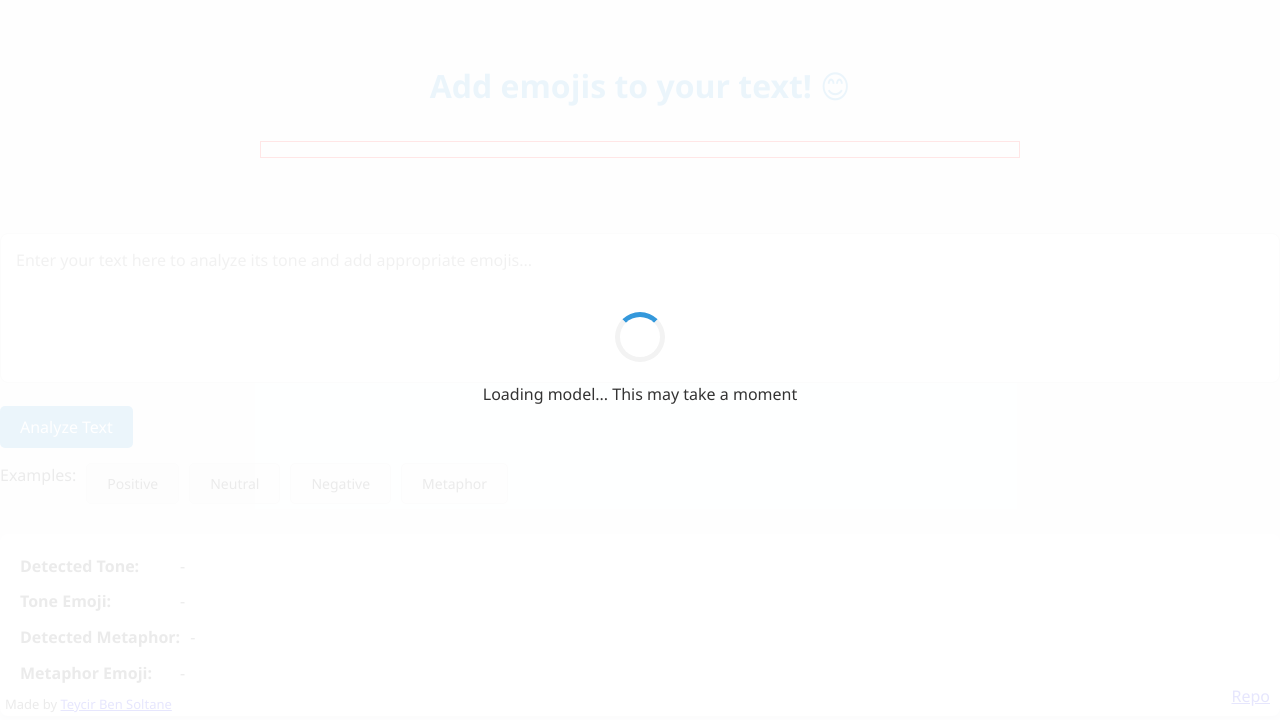
Repository: Teycir/emojiadder
Page: index.html
An editor plug-in stored every save of this project. The page is shown before and after the next save, followed by the edit.
The browser window is 1280 px wide. The pictures show the window.
A layer covers the whole window, so only the first screen is drawn.

Above is the page before, as saved 2025-03-23 11:53:35.

### index.html
<!DOCTYPE html>
<html lang="en">
<head>
    <meta charset="UTF-8">
    <meta name="viewport" content="width=device-width, initial-scale=1.0">
    <title>Text Tone Detector</title>
    <link rel="stylesheet" href="styles.css">
</head>
<body>
    <div class="container">
        <h1>Add emojis to your text! 😊</h1>
        <div style="border: 1px solid red;">
            <h2><We respect privacy your text stays in the browser</h2>
          </div><!-- Added border for visualization -->
            <h2><We respect privacy your text stays in the browser</h2>
          </div>        <div class="input-section">
            <textarea id="text-input" placeholder="Enter your text here to analyze its tone and add appropriate emojis..."></textarea>
            <button id="analyze-btn">Analyze Text</button>
            <div class="examples">
                <p>Examples:</p>
                <button class="example-btn" data-text="I'm so happy with the results! This is amazing.">Positive</button>
                <button class="example-btn" data-text="This is just okay, nothing special.">Neutral</button>
                <button class="example-btn" data-text="I'm really disappointed with this service.">Negative</button>
                <button class="example-btn" data-text="The journey to success is like climbing a mountain.">Metaphor</button>
            </div>
        </div>

        <div class="result-section">
            <div class="result-card">
                <div class="result-item">
                    <div class="label">Detected Tone:</div>
                    <div id="tone-result" class="value">-</div>
                </div>
                <div class="result-item">
                    <div class="label">Tone Emoji:</div>
                    <div id="tone-emoji" class="value">-</div>
                </div>
                <div class="result-item">
                    <div class="label">Detected Metaphor:</div>
                    <div id="metaphor-result" class="value">-</div>
                </div>
                <div class="result-item">
                    <div class="label">Metaphor Emoji:</div>
                    <div id="metaphor-emoji" class="value">-</div>
                </div>
            </div>
            <div class="enhanced-text-card">
                <h2>Enhanced Text</h2>
                <div id="enhanced-text-result">-</div>
            </div>
        </div>

        <div class="loader-container" id="loader">
            <div class="loader"></div>
            <p>Loading model... This may take a moment</p>
        </div>
    </div>

    <!-- Note the type="module" to use ES modules (modules are deferred by default) -->
    <script type="module" src="./script.js"></script>
<div style="position: fixed; bottom: 0; left: 0; font-size: small; margin: 5px;">
  Made by <a href="https://www.teycirbensoltane.tn">Teycir Ben Soltane</a>
</div>
<a href="https://github.com/Teycir/emojiadder" style="position: fixed; bottom: 10px; right: 10px;">Repo</a>
</body>
</html>

### styles.css
* {
    margin: 0;
    padding: 0;
    box-sizing: border-box;
    font-family: 'Segoe UI', Tahoma, Geneva, Verdana, sans-serif;
}

body {
    background-color: #f5f7fa;
    color: #333;
    line-height: 1.6;
}

.container {
    max-width: 800px;
    margin: 40px auto;
    padding: 20px;
}

h1 {
    text-align: center;
    margin-bottom: 30px;
    color: #3498db;
}

h2 {
    color: #2980b9;
    margin-bottom: 15px;
}

.input-section {
    margin-bottom: 30px;
}

textarea {
    width: 100%;
    height: 150px;
    padding: 15px;
    border: 1px solid #ddd;
    border-radius: 8px;
    resize: none;
    font-size: 16px;
    margin-bottom: 15px;
    transition: border 0.3s;
}

textarea:focus {
    outline: none;
    border-color: #3498db;
}

button {
    background-color: #3498db;
    color: white;
    border: none;
    padding: 10px 20px;
    border-radius: 5px;
    cursor: pointer;
    font-size: 16px;
    transition: background-color 0.3s;
}

button:hover {
    background-color: #2980b9;
}

button:disabled {
    background-color: #95a5a6;
    cursor: not-allowed;
}

.result-section {
    display: flex;
    flex-direction: column;
    gap: 20px;
    margin-bottom: 30px;
}

.result-card, .enhanced-text-card {
    background-color: white;
    border-radius: 8px;
    padding: 20px;
    box-shadow: 0 4px 6px rgba(0, 0, 0, 0.1);
}

.result-item {
    margin-bottom: 10px;
    display: flex;
    align-items: center;
}

.label {
    font-weight: bold;
    margin-right: 10px;
    min-width: 150px;
}

#enhanced-text-result {
    padding: 15px;
    background-color: #f9f9f9;
    border-radius: 5px;
    font-size: 18px;
    min-height: 60px;
    line-height: 1.5;
}

.examples-section {
    margin-top: 30px;
}

.examples {
    display: flex;
    flex-wrap: wrap;
    gap: 10px;
    margin-top: 15px;
}

.example-btn {
    background-color: #f0f0f0;
    color: #333;
    border: 1px solid #ddd;
    font-size: 14px;
}

.example-btn:hover {
    background-color: #e0e0e0;
}

/* Tone colors */
.positive {
    color: #27ae60;
}

.neutral {
    color: #f39c12;
}

.negative {
    color: #e74c3c;
}

/* Loader Styles */
.loader-container {
    position: fixed;
    top: 0;
    left: 0;
    width: 100%;
    height: 100%;
    background-color: rgba(255, 255, 255, 0.9);
    display: flex;
    flex-direction: column;
    justify-content: center;
    align-items: center;
    z-index: 1000;
}

.loader {
    border: 5px solid #f3f3f3;
    border-top: 5px solid #3498db;
    border-radius: 50%;
    width: 50px;
    height: 50px;
    animation: spin 1s linear infinite;
    margin-bottom: 20px;
}

@keyframes spin {
    0% { transform: rotate(0deg); }
    100% { transform: rotate(360deg); }
}

/* Responsive design */
@media (max-width: 600px) {
    .container {
        padding: 15px;
        margin: 20px auto;
    }

    .result-item {
        flex-direction: column;
        align-items: flex-start;
    }

    .label {
        margin-bottom: 5px;
    }

    .examples {
        flex-direction: column;
    }
}

### script.js
import TextToneDetector from './TextToneDetector.js';

// DOM event listeners
document.addEventListener('DOMContentLoaded', () => {
  console.log('DOM content loaded, initializing application');

  // DOM elements
  const textInput = document.getElementById('text-input');
  const analyzeBtn = document.getElementById('analyze-btn');
  const toneResult = document.getElementById('tone-result');
  const toneEmoji = document.getElementById('tone-emoji');
  const metaphorResult = document.getElementById('metaphor-result');
  const metaphorEmoji = document.getElementById('metaphor-emoji');
  const enhancedTextResult = document.getElementById('enhanced-text-result');
  const exampleBtns = document.querySelectorAll('.example-btn');
  const loader = document.getElementById('loader');

  // Disable analyze button until model loads
  analyzeBtn.disabled = true;

  // Make sure the loader is visible
  loader.style.display = 'flex';

  // Create detector instance
  console.log('Creating TextToneDetector instance');
  const toneDetector = new TextToneDetector();

  // Add event listener to limit textarea to 400 lines and alert if exceeded
  textInput.addEventListener('input', function() {
    const lines = this.value.split('\n');
    if (lines.length > 400) {
      alert("400 max lines allowed!");
      this.value = lines.slice(0, 400).join('\n');
    }
  });

  // Analyze text function
  async function analyzeText() {
    const text = textInput.value.trim();

    if (!text) {
      alert('Please enter some text to analyze.');
      return;
    }

    // Show loading indicator
    analyzeBtn.disabled = true;
    analyzeBtn.textContent = 'Analyzing...';

    try {
      const result = await toneDetector.analyze(text);

      // Display results
      toneResult.textContent = result.tone.charAt(0).toUpperCase() + result.tone.slice(1);
      toneResult.className = result.tone;

      toneEmoji.textContent = result.toneEmoji || 'None';

      metaphorResult.textContent = result.metaphor
        ? result.metaphor.charAt(0).toUpperCase() + result.metaphor.slice(1)
        : 'None detected';

      metaphorEmoji.textContent = result.metaphorEmoji || 'None';

      enhancedTextResult.textContent = result.enhancedText;
    } catch (error) {
      console.error('Error in analysis:', error);
      enhancedTextResult.textContent = 'An error occurred during analysis. Please try again.';
    } finally {
      // Reset button
      analyzeBtn.disabled = false;
      analyzeBtn.textContent = 'Analyze Text';
    }
  }

  // Event listeners
  analyzeBtn.addEventListener('click', analyzeText);

  textInput.addEventListener('keydown', function(e) {
    if (e.key === 'Enter' && e.ctrlKey) {
      analyzeText();
    }
  });

  // Example buttons
  exampleBtns.forEach(btn => {
    btn.addEventListener('click', function() {
      const exampleText = this.getAttribute('data-text');
      textInput.value = exampleText;
      analyzeText();
    });
  });

  // Initial instructions
  enhancedTextResult.textContent = 'Enter text and click "Analyze Text" to see the enhanced result with emojis.';
});

### TextToneDetector.js
import SentimentModel from './models/SentimentModel.js';
import MetaphorUtils from './utils/MetaphorUtils.js';
import EmojiUtils from './utils/EmojiUtils.js';

/**
 * Main class for text tone detection
 */
class TextToneDetector {
  constructor() {
    console.log('TextToneDetector constructor called');

    // Initialize components
    this.sentimentModel = new SentimentModel();
    this.metaphorUtils = new MetaphorUtils();
    this.emojiUtils = new EmojiUtils();

    // Model loading status
    this.isModelLoaded = false;

    // Initialize model
    this.initializeModel();
  }

  async initializeModel() {
    try {
      console.log('TextToneDetector: Initializing sentiment model');
      await this.sentimentModel.initialize();
      this.isModelLoaded = true;

      console.log('TextToneDetector: Model loaded successfully');

      // Hide loader when model is loaded
      const loader = document.getElementById('loader');
      if (loader) {
        loader.style.display = 'none';
        console.log('Loader hidden');
      } else {
        console.warn('Loader element not found');
      }

      // Enable analyze button
      const analyzeBtn = document.getElementById('analyze-btn');
      if (analyzeBtn) {
        analyzeBtn.disabled = false;
        console.log('Analyze button enabled');
      } else {
        console.warn('Analyze button not found');
      }
    } catch (error) {
      console.error('Error initializing model:', error);

      // Show error in the UI
      const loader = document.getElementById('loader');
      if (loader) {
        loader.innerHTML = `
          <div class="error">
            <p>Error loading model: ${error.message}</p>
            <p>Please refresh the page to try again.</p>
          </div>
        `;
      }
    }
  }

  // Analyze text and return tone with emojis
  async analyze(text) {
    if (!this.isModelLoaded) {
      return {
        originalText: text,
        tone: 'unknown',
        toneEmoji: '',
        metaphor: null,
        metaphorEmoji: '',
        enhancedText: text
      };
    }

    try {
      // Split text into paragraphs
      const paragraphs = text.split(/\n+/);
      let enhancedParagraphs = [];

      for (const paragraph of paragraphs) {
        if (!paragraph.trim()) {
          enhancedParagraphs.push('');
          continue;
        }

        // Split paragraph into sentences
        // This regex matches sentence endings: period, question mark, or exclamation mark followed by a space or end of string
        const sentences = paragraph.match(/[^.!?]+[.!?]+(\s|$)/g) || [paragraph];
        let enhancedParagraph = '';

        for (const sentence of sentences) {
          // Get sentiment from model for each sentence
          const sentimentOutput = await this.sentimentModel.analyze(sentence);

          // Determine tone based on model output
          let tone;
          if (sentimentOutput.label === 'POSITIVE') {
            tone = 'positive';
          } else if (sentimentOutput.label === 'NEGATIVE') {
            tone = 'negative';
          } else {
            tone = 'neutral';
          }

          // Find metaphors in sentence
          const words = sentence.toLowerCase().split(/\s+/);
          const metaphor = this.metaphorUtils.findMetaphor(words);

          // Get emojis for tone and metaphor
          const toneEmoji = this.emojiUtils.getToneEmoji(tone);
          const metaphorEmoji = this.emojiUtils.getMetaphorEmoji(metaphor);

          // Add emoji after the sentence's ending punctuation but before any trailing space
          const emojiString = `${toneEmoji} ${metaphorEmoji}`.trim();
          // This regex captures the end punctuation and any trailing space
          const enhancedSentence = sentence.replace(/([.!?]+)(\s|$)/, `$1 ${emojiString}$2`);
          enhancedParagraph += enhancedSentence;
        }

        enhancedParagraphs.push(enhancedParagraph);
      }

      const enhancedText = enhancedParagraphs.join('\n');

      // For the overall tone and metaphor, analyze the complete text
      const overallSentimentOutput = await this.sentimentModel.analyze(text);
      let overallTone;
      if (overallSentimentOutput.label === 'POSITIVE') {
        overallTone = 'positive';
      } else if (overallSentimentOutput.label === 'NEGATIVE') {
        overallTone = 'negative';
      } else {
        overallTone = 'neutral';
      }

      const words = text.toLowerCase().split(/\s+/);
      const overallMetaphor = this.metaphorUtils.findMetaphor(words);

      const toneEmoji = this.emojiUtils.getToneEmoji(overallTone);
      const metaphorEmoji = this.emojiUtils.getMetaphorEmoji(overallMetaphor);

      return {
        originalText: text,
        tone: overallTone,
        toneEmoji: toneEmoji,
        metaphor: overallMetaphor,
        metaphorEmoji: metaphorEmoji,
        enhancedText: enhancedText
      };
    } catch (error) {
      console.error('Error analyzing text:', error);
      return {
        originalText: text,
        tone: 'error',
        toneEmoji: '❓',
        metaphor: null,
        metaphorEmoji: '',
        enhancedText: text + ' ❓'
      };
    }
  }
}

export default TextToneDetector;

### models/SentimentModel.js
// Import the pipeline directly from the Transformers library
import { pipeline } from 'https://cdn.jsdelivr.net/npm/@xenova/transformers@2.14.0/dist/transformers.min.js';

/**
 * Handles sentiment analysis using Transformers.js
 * Implements caching to avoid reloading the model
 */
class SentimentModel {
  // Static properties for caching
  static instance = null;
  static pipelineInstance = null;
  static isInitializing = false;
  static initPromise = null;

  constructor() {
    this.isLoaded = SentimentModel.pipelineInstance !== null;
    this.pipeline = SentimentModel.pipelineInstance;

    console.log('SentimentModel constructor called, cached:', this.isLoaded);

    // Return existing instance if available
    if (SentimentModel.instance) {
      console.log('Returning cached SentimentModel instance');
      return SentimentModel.instance;
    }

    // Store this instance as the singleton
    SentimentModel.instance = this;
  }

  /**
   * Initialize the sentiment analysis model
   * @returns {Promise} Resolves when model is loaded
   */
  async initialize() {
    // If model is already loaded, return immediately
    if (this.isLoaded) {
      console.log('Model already loaded, using cached instance');
      return Promise.resolve(true);
    }

    // If initialization is in progress, return the existing promise
    if (SentimentModel.isInitializing) {
      console.log('Model initialization already in progress, waiting...');
      return SentimentModel.initPromise;
    }

    // Create a new initialization promise
    SentimentModel.isInitializing = true;
    SentimentModel.initPromise = new Promise(async (resolve, reject) => {
      try {
        console.log('Starting to initialize sentiment model');

        try {
          console.log('Initializing sentiment model');

          // Initialize the sentiment analysis pipeline
          console.log('Loading sentiment analysis model...');
          SentimentModel.pipelineInstance = await pipeline('sentiment-analysis', 'Xenova/distilbert-base-uncased-finetuned-sst-2-english');
          console.log('Sentiment analysis model loaded successfully');

          // Update instance properties
          this.pipeline = SentimentModel.pipelineInstance;
          this.isLoaded = true;

          resolve(true);
        } catch (innerError) {
          console.error('Error in Transformers initialization:', innerError);
          SentimentModel.isInitializing = false;
          reject(innerError);
        }
      } catch (error) {
        console.error('Error initializing model:', error);
        SentimentModel.isInitializing = false;
        reject(error);
      }
    });

    return SentimentModel.initPromise;
  }

  /**
   * Analyze text sentiment
   * @param {string} text - Text to analyze
   * @returns {Object} Sentiment result
   */
  async analyze(text) {
    if (!this.isLoaded) {
      throw new Error('Model not loaded yet');
    }

    try {
      const result = await this.pipeline(text);
      return result[0];
    } catch (error) {
      console.error('Error in sentiment analysis:', error);
      throw error;
    }
  }
}

export default SentimentModel;

### utils/EmojiUtils.js
/**
 * Provides emoji-related functionality
 */
class EmojiUtils {
    constructor() {
      // Metaphor emoji mappings
      this.metaphorEmojis = {
        speed: ['🚀', '⚡', '💨', '🏃‍♂️'],
        strength: ['💪', '🦾', '🦁', '🐂'],
        growth: ['🌱', '🌳', '📈', '⬆️'],
        time: ['⏰', '⌛', '🕒', '📅'],
        money: ['💰', '💵', '💸', '💲'],
        success: ['🏆', '🥇', '🎖️', '🔝'],
        failure: ['👎', '📉', '❌', '💥'],
        idea: ['💡', '✨', '🧠', '🤔'],
        communication: ['💬', '📣', '📱', '✉️'],
        love: ['❤️', '💕', '💘', '🌹'],
        journey: ['🛣️', '🧭', '🧳', '🚶‍♂️'],
        competition: ['🏁', '🥊', '⚔️', '🎯'],
        health: ['🏥', '💊', '🩺', '🫀'],
        technology: ['📱', '💻', '🤖', '⚙️'],
        education: ['📚', '🎓', '✏️', '🧮'],
        nature: ['🌿', '🌳', '🌊', '🏔️'],
        celebration: ['🎉', '🎊', '🥂', '🎈']
      };

      // Tone emoji mappings
      this.toneEmojis = {
        positive: ['😊', '😄', '🥰', '✨', '👍', '🙌'],
        neutral: ['😐', '🤔', '🧐', '📝', '🔍', '💭'],
        negative: ['😔', '😢', '😞', '😠', '👎', '💔']
      };
    }

    /**
     * Get random emoji from a list
     * @param {Array} emojiList - List of emojis to choose from
     * @returns {string} - Random emoji
     */
    getRandomEmoji(emojiList) {
      if (!emojiList || emojiList.length === 0) {
        return '';
      }
      const randomIndex = Math.floor(Math.random() * emojiList.length);
      return emojiList[randomIndex];
    }

    /**
     * Get emoji for a tone
     * @param {string} tone - Tone to get emoji for
     * @returns {string} - Emoji
     */
    getToneEmoji(tone) {
      return this.getRandomEmoji(this.toneEmojis[tone] || []);
    }

    /**
     * Get emoji for a metaphor
     * @param {string} metaphor - Metaphor to get emoji for
     * @returns {string} - Emoji
     */
    getMetaphorEmoji(metaphor) {
      return metaphor ? this.getRandomEmoji(this.metaphorEmojis[metaphor] || []) : '';
    }
  }

  export default EmojiUtils;

Loaded but not shown: utils/MetaphorUtils.js (330 lines, source omitted)

After the next save:
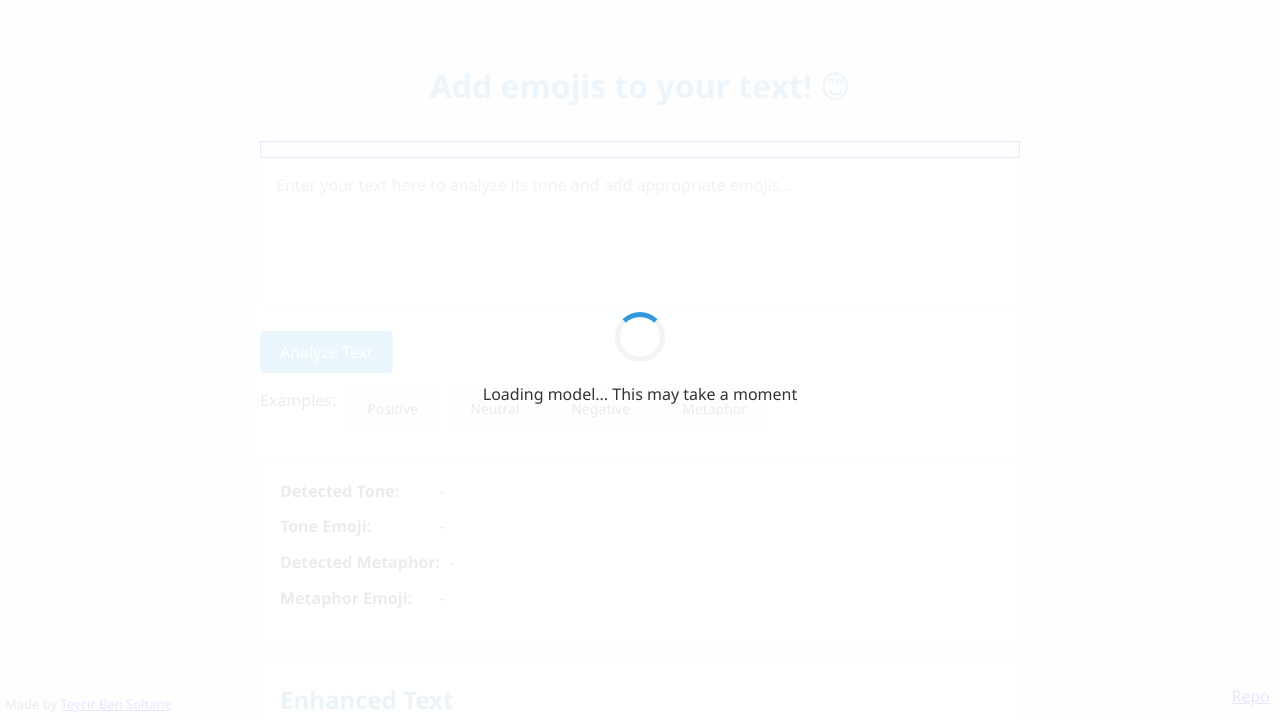
Saved 75 s later.
--- a/index.html
+++ b/index.html
@@ -9,10 +9,8 @@
 <body>
     <div class="container">
         <h1>Add emojis to your text! 😊</h1>
-        <div style="border: 1px solid red;">
-            <h2><We respect privacy your text stays in the browser</h2>
-          </div><!-- Added border for visualization -->
-            <h2><We respect privacy your text stays in the browser</h2>
+        <div style="border: 1px solid rgb(34, 0, 255);"> <!-- Added border for visualization -->
+            <h2><center><We respect privacy your text stays in the browser</center></h2>
           </div>        <div class="input-section">
             <textarea id="text-input" placeholder="Enter your text here to analyze its tone and add appropriate emojis..."></textarea>
             <button id="analyze-btn">Analyze Text</button>
